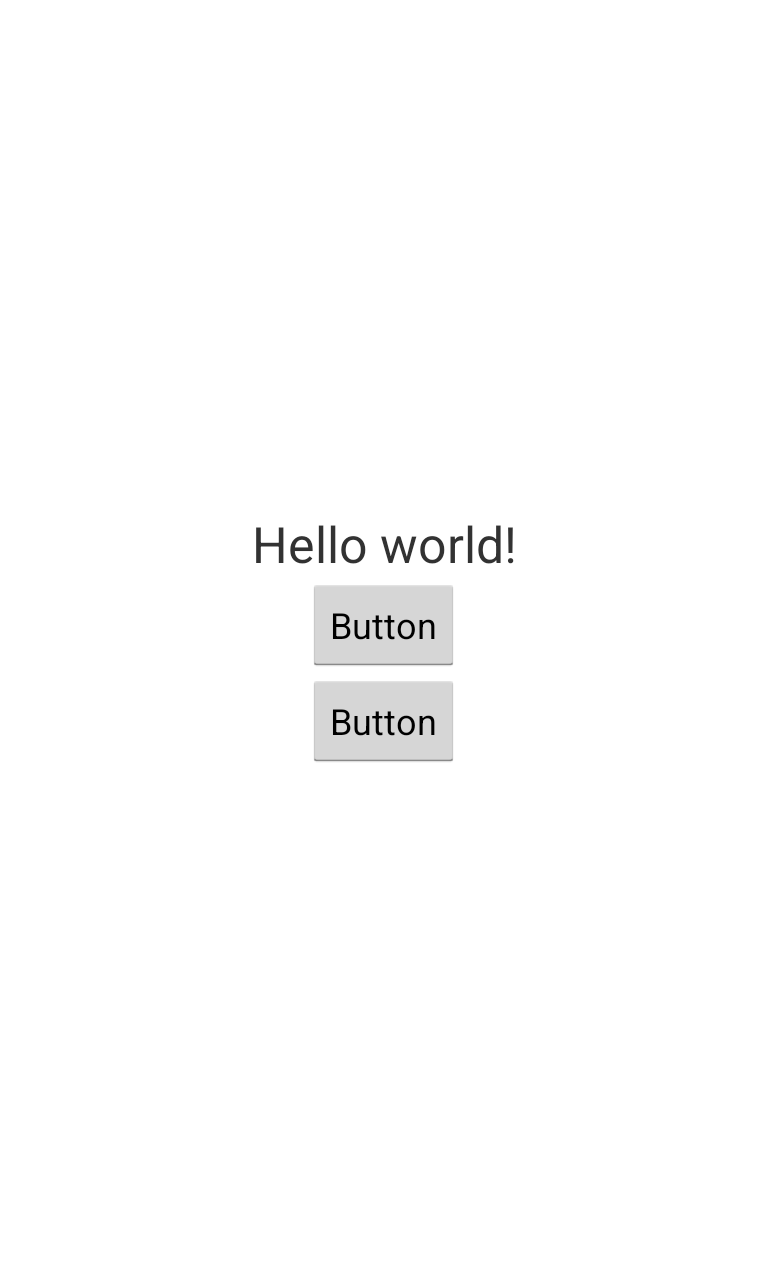
Repository: ShigerD/AndroidSample
Layout: Sample/Sample9_Broadcast_Service/Service/res/layout/activity_main.xml
These files come from the project's save history. The layout is drawn as it stood at one moment and after the next save; the edit follows.
It is drawn on a 768 x 1280 px phone screen (xhdpi) without system bars, with theme AppTheme; the app's code is not run.

Above is the layout before, as saved 2016-10-23 05:20:11.

### Sample/Sample9_Broadcast_Service/Service/res/layout/activity_main.xml
<LinearLayout xmlns:android="http://schemas.android.com/apk/res/android"
    xmlns:tools="http://schemas.android.com/tools"
    android:layout_width="fill_parent"
    android:layout_height="fill_parent"
    android:layout_gravity="center"
    android:gravity="center"
    android:orientation="vertical"
    tools:context="com.example.service.MainActivity" >

    <TextView
        android:layout_width="fill_parent"
        android:layout_height="wrap_content"
        android:layout_gravity="center_horizontal"
        android:gravity="center_horizontal"
        android:text="@string/hello_world"
        android:textSize="25sp" />

    <LinearLayout
        android:layout_width="match_parent"
        android:layout_height="wrap_content"
        android:layout_gravity="center"
        android:gravity="center_horizontal" >

        <Button
            android:id="@+id/button1"
            android:layout_width="wrap_content"
            android:layout_height="wrap_content"
            android:text="Button" />
    </LinearLayout>

    <LinearLayout
        android:layout_width="match_parent"
        android:layout_height="wrap_content"
        android:gravity="center_horizontal" >

        <Button
            android:id="@+id/button2"
            android:layout_width="wrap_content"
            android:layout_height="wrap_content"
            android:text="Button" />

    </LinearLayout>

</LinearLayout>

### Sample/Sample9_Broadcast_Service/Service/res/values/strings.xml
<?xml version="1.0" encoding="utf-8"?>
<resources>

    <string name="app_name">Service</string>
    <string name="hello_world">Hello world!</string>
    <string name="action_settings">Settings</string>

</resources>

Loaded but not shown: Sample/Sample9_Broadcast_Service/Service/res/values/styles.xml (common file); Sample/Sample9_Broadcast_Service/Service/res/values-v11/styles.xml (common file); Sample/Sample9_Broadcast_Service/Service/res/values-v14/styles.xml (common file)

After the next save:
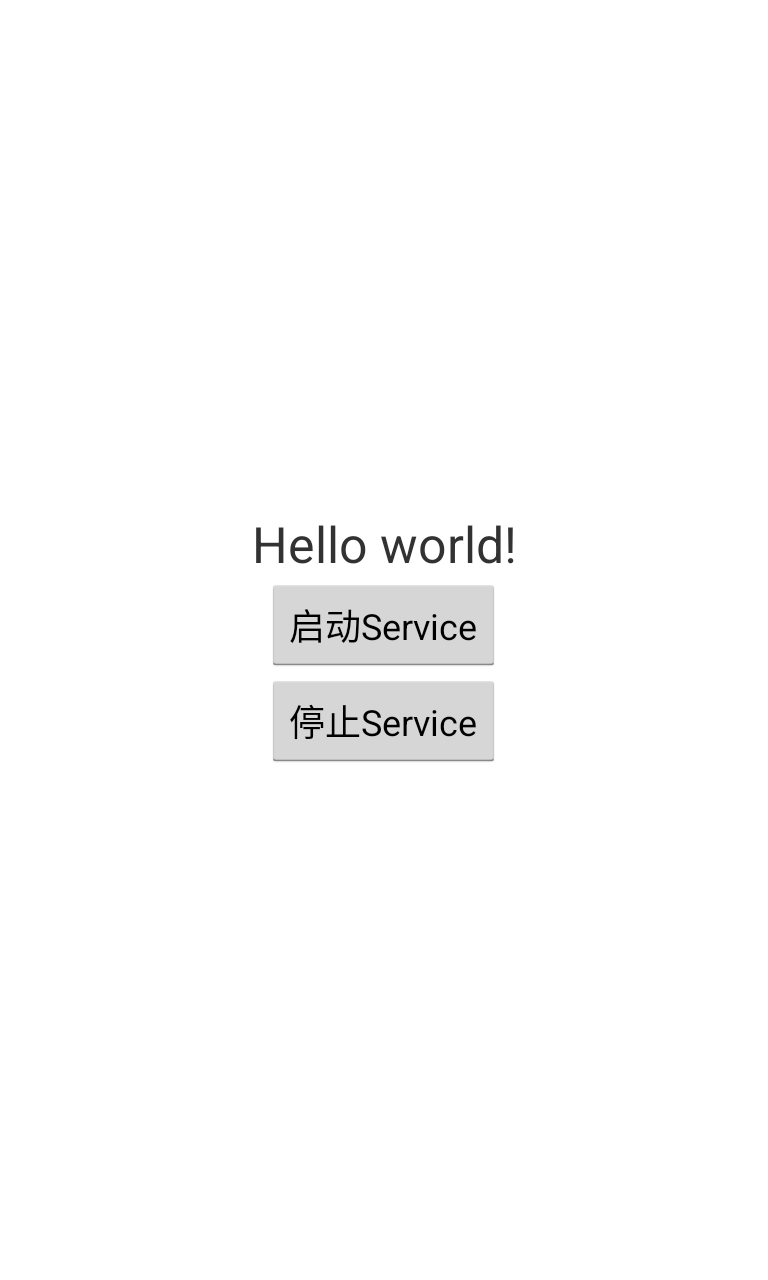
Saved 64 s later.
--- a/Sample/Sample9_Broadcast_Service/Service/res/layout/activity_main.xml
+++ b/Sample/Sample9_Broadcast_Service/Service/res/layout/activity_main.xml
@@ -25,7 +25,7 @@
             android:id="@+id/button1"
             android:layout_width="wrap_content"
             android:layout_height="wrap_content"
-            android:text="Button" />
+            android:text="启动Service" />
     </LinearLayout>
 
     <LinearLayout
@@ -37,7 +37,7 @@
             android:id="@+id/button2"
             android:layout_width="wrap_content"
             android:layout_height="wrap_content"
-            android:text="Button" />
+            android:text="停止Service" />
 
     </LinearLayout>
 
